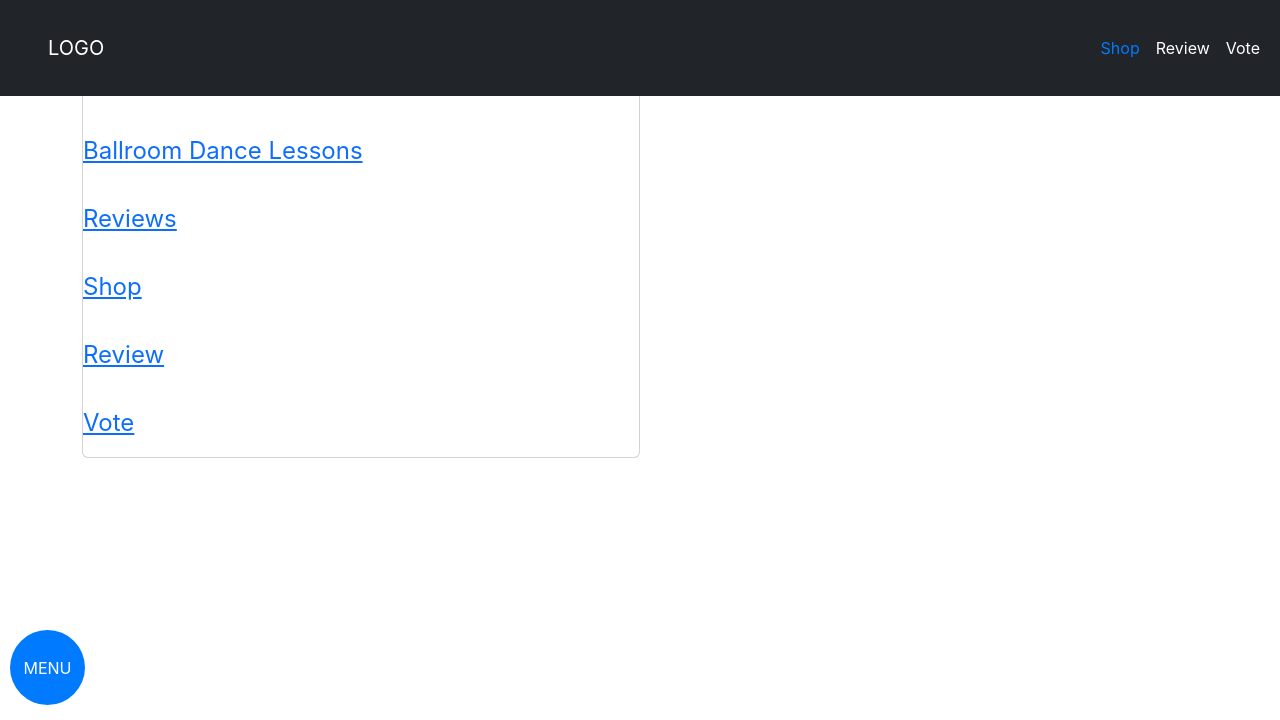
Repository: DragonFruit8/basic-website
Page: /shop
The author's editor kept a copy of each file at every save. The page is drawn from the files as they stood at one save, then again after a run of saves.
The browser window is 1280 px wide. The pictures show the whole page.
The project was rebuilt for these pictures with package versions that can differ from the ones it lists, and the page was loaded fresh each time. Also part of the build but not shown: src/sections/MissionSec.js, src/sections/AboutSec.js, src/sections/ServiceSec.js, src/Img/LunaLogo.js, src/sections/SupportSec.js, src/sections/HeroSec.js, src/pages/HomePage.js.

Above is the page before, as saved 2024-06-23 08:58:26.

### public/index.html
<!DOCTYPE html>
<html lang="en">
  <head>
    <meta charset="utf-8" />
    <link rel="icon" href="%PUBLIC_URL%/favicon.ico" />
    <meta name="viewport" content="width=device-width, initial-scale=1" />
    <meta name="theme-color" content="#000000" />
    <meta
      name="description"
      content="Web site created using create-react-app"
    />
    <link rel="apple-touch-icon" href="%PUBLIC_URL%/logo192.png" />
    <!--
      manifest.json provides metadata used when your web app is installed on a
      user's mobile device or desktop. See https://developers.google.com/web/fundamentals/web-app-manifest/
    -->
    <link rel="manifest" href="%PUBLIC_URL%/manifest.json" />
    <link href="https://cdn.jsdelivr.net/npm/bootstrap@5.3.3/dist/css/bootstrap.min.css" rel="stylesheet" integrity="sha384-QWTKZyjpPEjISv5WaRU9OFeRpok6YctnYmDr5pNlyT2bRjXh0JMhjY6hW+ALEwIH" crossorigin="anonymous">
    <!--
      Notice the use of %PUBLIC_URL% in the tags above.
      It will be replaced with the URL of the `public` folder during the build.
      Only files inside the `public` folder can be referenced from the HTML.

      Unlike "/favicon.ico" or "favicon.ico", "%PUBLIC_URL%/favicon.ico" will
      work correctly both with client-side routing and a non-root public URL.
      Learn how to configure a non-root public URL by running `npm run build`.
    -->
    <title>React App</title>
  </head>
  <body>
    <noscript>You need to enable JavaScript to run this app.</noscript>
    <div id="root"></div>
    <!--
      This HTML file is a template.
      If you open it directly in the browser, you will see an empty page.

      You can add webfonts, meta tags, or analytics to this file.
      The build step will place the bundled scripts into the <body> tag.

      To begin the development, run `npm start` or `yarn start`.
      To create a production bundle, use `npm run build` or `yarn build`.
    -->
    <script src="https://cdn.jsdelivr.net/npm/@popperjs/core@2.11.8/dist/umd/popper.min.js" integrity="sha384-I7E8VVD/ismYTF4hNIPjVp/Zjvgyol6VFvRkX/vR+Vc4jQkC+hVqc2pM8ODewa9r" crossorigin="anonymous"></script>
<script src="https://cdn.jsdelivr.net/npm/bootstrap@5.3.3/dist/js/bootstrap.min.js" integrity="sha384-0pUGZvbkm6XF6gxjEnlmuGrJXVbNuzT9qBBavbLwCsOGabYfZo0T0to5eqruptLy" crossorigin="anonymous"></script>
  </body>
</html>

### src/App.js
import React from 'react';
import { BrowserRouter as Router, Routes, Route } from 'react-router-dom';
import './App.css';
import Navbar from './components/Navbar';
import Sidebar from './components/Sidebar';
import HomePage from './pages/HomePage';
import ShopPage from './pages/ShopPage';

function App() {

  return (
    <>
      <Router>
        <Navbar />
        <Sidebar />
        <Routes>
          <Route path="/" element={<HomePage />} />
          <Route path="/shop" element={<ShopPage />} />
        </Routes>
   </Router>
    </>
  );
}

export default App;

### src/App.css
.App {
  text-align: center;
  z-index: -10;
}

.App-logo {
  height: 40vmin;
  pointer-events: none;
  z-index: 0;
}

@media (prefers-reduced-motion: no-preference) {
  .App-logo {
    animation: App-logo-spin infinite 20s linear;
  }
}

.App-header {
  background-color: #282c34;
  min-height: 100vh;
  display: flex;
  flex-direction: column;
  align-items: center;
  justify-content: center;
  font-size: calc(10px + 2vmin);
  color: white;
}

.App-link {
  color: #61dafb;
}
#sidebar {
  display: flex;
  flex-direction: column;
  background-color: transparent !important;
  height: 100%;
  width: 100px;
  position: fixed;
  top: 55px;
  left: 0;
  z-index: 1;
  overflow-x: hidden;
  padding-top: 20px;
  z-index: 10;
  /* rounded corners*/
  border-radius: 100px;

}

#offcanvasNavbar{
  position: fixed;
  margin-top: 55px;
}

#sidebarButton {
  position: absolute;
  bottom: 100px;
  left: 0px;
  width: 75px;
  height: 75px;
  border: none;
  color: white;
  padding: 10px 10px;
  text-align: center;
  text-decoration: none;
  display: inline-block;
  font-size: 16px;
  margin: auto auto -30px 10px;
  cursor: pointer;
  z-index: 100;
  border-radius: 100%;
  background-color: #007bff;
}

#closeButton, .btn-close {
  color: white !important;
  margin-left: 15px;
}
#aboutSec {
  height: 75vh;
}
.offcanvas-body {
 padding: 0 100px 0 100px;
}
#luna {
  position: relative;
  background-size: cover;
  background-repeat: no-repeat;
  background-position: center;
  height: auto;
  width: 250px;
  margin: 0 auto;
}

/* HomePage Hero */
.hero {
  height: 100vh;
  width: 100%;
  display: flex;
  align-items: center;
  color: white !important;
  text-align: center;
  font-size: 2rem;
  font-weight: 700;
  background: url('https://unsplash.com/photos/photo-of-outer-space-Q1p7bh3SHj8');
  background-size: cover;
  background-repeat: no-repeat;
  background-position: center;
  background-color: rgba(0, 0, 0, 0.8);

}
.hero-content
.dropdown-item {
  width: 100%;
  margin: 0 auto;
  color: white;
  background-color: #007bff;
}
.dropdown-item:hover {
  background-color: #0056b3;
  color: white;
}


a.nav-link, a.nav-item {
  color: white !important;
}
a.nav-link, a.nav-item {
 padding: 20px 0 20px 0;
}

a.nav-link:hover, a.nav-item:hover {
  color: #ffd000 !important;
}
a.active {
  color: #007bff !important;
}

@keyframes App-logo-spin {
  from {
    transform: rotate(0deg);
  }
  to {
    transform: rotate(360deg);
  }
}

### src/components/Navbar.js
import React from 'react';
import data from '../../src/data';
// import axio from '../Instance';
// import Button from 'react-bootstrap/Button';
// import Modal from 'react-bootstrap/Modal';


const Navbar = () => {

    // const [email, setEmail] = useState('');
    // const [comment, setComment] = useState('');
    // const [show, setShow] = useState(false);

    // const handleClose = () => setShow(false);
    // const handleShow = () => setShow(true);

    // const clearForm = () => {
    //     setEmail('');
    //     setComment('');
    // };



    // const handleSubmit = (event) => {
    //     event.preventDefault();

    //     axio.post('/comments', {
    //         email,
    //         comment
    //     })
    //         .then(() => {
    //             console.log('Review submitted');
    //         })
    //         .catch((error) => {
    //             console.log(error);
    //         });
    //     clearForm();
    // };

    const path = window.location.pathname;
    return (
        <>
            {/* navbar navbar-expand-lg bg-body-tertiary navbar-dark bg-dark */}
            <nav className="navbar navbar-dark navbar-expand-lg bg-dark fixed-top">
                <div className="container-fluid ps-5">
                    <a className="navbar-brand" href="/">LOGO</a>
                    <button className="navbar-toggler" type="button" data-bs-toggle="collapse" data-bs-target="#navbarNav" aria-controls="navbarNav" aria-expanded="false" aria-label="Toggle navigation">
                        <span className="navbar-toggler-icon"></span>
                    </button>
                    <div className="collapse navbar-collapse" id="navbarNav">
                        <ul className="navbar-nav my-2 ms-auto me-0">
                            <li className="nav-item">
                                <a className={`nav-link ${path === `/${data.link1.b}` ? 'active' : ''}`} aria-current="page" href={`/${data.link1.b}`}>{data.link1.a}</a>
                            </li>
                            <li className="nav-item">
                                <a className={`nav-link ${path === `/${data.link2.b}` ? 'active' : ''}`} aria-current="page" href={`/${data.link2.b}`}>{data.link2.a}</a>
                            </li>
                            <li className="nav-item">
                                <a className={`nav-link ${path === `/${data.link3.b}` ? 'active' : ''}`} aria-current="page" href={`/${data.link3.b}`}>{data.link3.a}</a>
                            </li>
                        </ul>
                        {/* <span id='reviewModal' className="d-flex">
                                <Button variant="primary" onClick={handleShow}>Write a Review</Button>
                            </span> */}
                    </div>
                </div>
            </nav>
            {/* <Modal show={show} onHide={handleClose}>
                <Modal.Header closeButton>
                    <Modal.Title>Modal heading</Modal.Title>
                </Modal.Header>
                <Modal.Body>
                    <div
                        className="modal show"
                        style={{ display: 'block', position: 'initial' }}
                    >
                        <form // onSubmit={handleSubmit}
                        >
                            <div className="form-group">
                                <label htmlFor="email"
                                    className='form-label fs-5'
                                >Email</label>
                                <input
                                    type="email"
                                    id="email"
                                    value={email}
                                    onChange={(event) => setEmail(event.target.value)}
                                    required
                                    className='form-control'
                                />
                            </div>
                            <div className="form-group">
                                <label htmlFor="comment"
                                    className='form-label fs-5'
                                >Comment</label>
                                <textarea
                                    id="comment"
                                    value={comment}
                                    onChange={(event) => setComment(event.target.value)}
                                    required
                                    className='form-control'
                                />
                            </div>
                            <Button type="submit">Submit</Button>
                        </form>
                    </div>
                </Modal.Body>
                <Modal.Footer>
                    <Button variant="secondary" onClick={handleClose}>
                        Close
                    </Button>
                </Modal.Footer>
            </Modal> */}
        </>
    );
}

export default Navbar;

### src/components/Sidebar.js
import React from 'react'

export const canvasButton = () => {
    return (
        <button id='sidebarButton' className="btn btn-primary" type="button" data-bs-toggle="offcanvas" data-bs-target="#offcanvasNavbar" aria-controls="offcanvasNavbar">
        MENU
        </button>
    )
    }
export default function Sidebar() {

    return (
        <div>
            <sidebar id="sidebar" className="navbar bg-body-tertiary fixed-top">
                <div className="container-fluid">
                    <div className="offcanvas offcanvas-start bg-dark" tabindex="-1" id="offcanvasNavbar" aria-labelledby="offcanvasNavbarLabel">

                        <div className="offcanvas-body">
                            <ul className="navbar-nav justify-content-end flex-grow-1 pe-3">
                                <li className="nav-item">
                                    <a className="nav-link active" aria-current="page" href="/">Home</a>
                                </li>
                                <li className="nav-item">
                                    <a className="nav-link" href="/">Link</a>
                                </li>
                                <li className="nav-item dropdown">
                                    <a className="nav-link dropdown-toggle" href="/" role="button" data-bs-toggle="dropdown" aria-expanded="false">
                                        Dropdown
                                    </a>
                                    <ul className="dropdown-menu">
                                        <li><a className="dropdown-item" href="/">Action</a></li>
                                        <li><a className="dropdown-item" href="/">Another action</a></li>
                                        <li>
                                            <hr className="dropdown-divider" />
                                        </li>
                                        <li><a className="dropdown-item" href="/">Something else here</a></li>
                                    </ul>
                                </li>
                            </ul>
                            {/* <form className="d-flex mt-3" role="search">
                                <input className="form-control me-2" type="search" placeholder="Search" aria-label="Search" />
                                <button className="btn btn-outline-success" type="submit">Search</button>
                            </form> */}
                        </div>
                    <div className="offcanvas-footer d-flex justify-content-start mb-5 ms-3">
                        {/* <h5 className="offcanvas-title" id="offcanvasNavbarLabel"></h5> */}
                        <button id='close' type="button" className="btn-close" data-bs-dismiss="offcanvas" aria-label="Close"></button>
                    </div>
                    </div>
                </div>
                {
                    canvasButton()
                }
            </sidebar>


        </div>
    )
}

### src/pages/ShopPage.js
import React from 'react';
import data from '../../src/data';

const ShopPage = () => {
    return (
        <div className='mt-5 relative'>
            <div className="container">
                <div className="row justify-content-center"></div>
                    <div className="col-lg-6">
                        <ul className='card list-unstyled'>
                            {
                                Object.keys(data).map((key, index) => {
                                    return (
                                        <li key={index} className='list-unstyled mt-3 mb-3' style={{ fontSize: '1.5rem' }}>
                                            <a href={`/${data[key].b}`}>{data[key].a}</a>
                                        </li>
                                    );
                                })
                            }
                        </ul>
                    </div>
                </div>
        </div>
    );
};

export default ShopPage;

### src/data.js
const data = {
    thcProductsLink: { a: 'THC Products', b: 'thc-products' },
    ballroomDanceLessonsLink: { a: 'Ballroom Dance Lessons', b: 'ballroom-dance-lessons' },
    reviewsLink: { a: 'Reviews', b: 'reviews' },
    link1: { a: 'Shop', b: 'shop' },
    link2: { a: 'Review', b: 'review' },
    link3: { a: 'Vote', b: 'vote' }
};

export default data;

Loaded but not shown: src/index.js (common file); src/index.css (common file); src/reportWebVitals.js (common file)

After the next 4 saves:
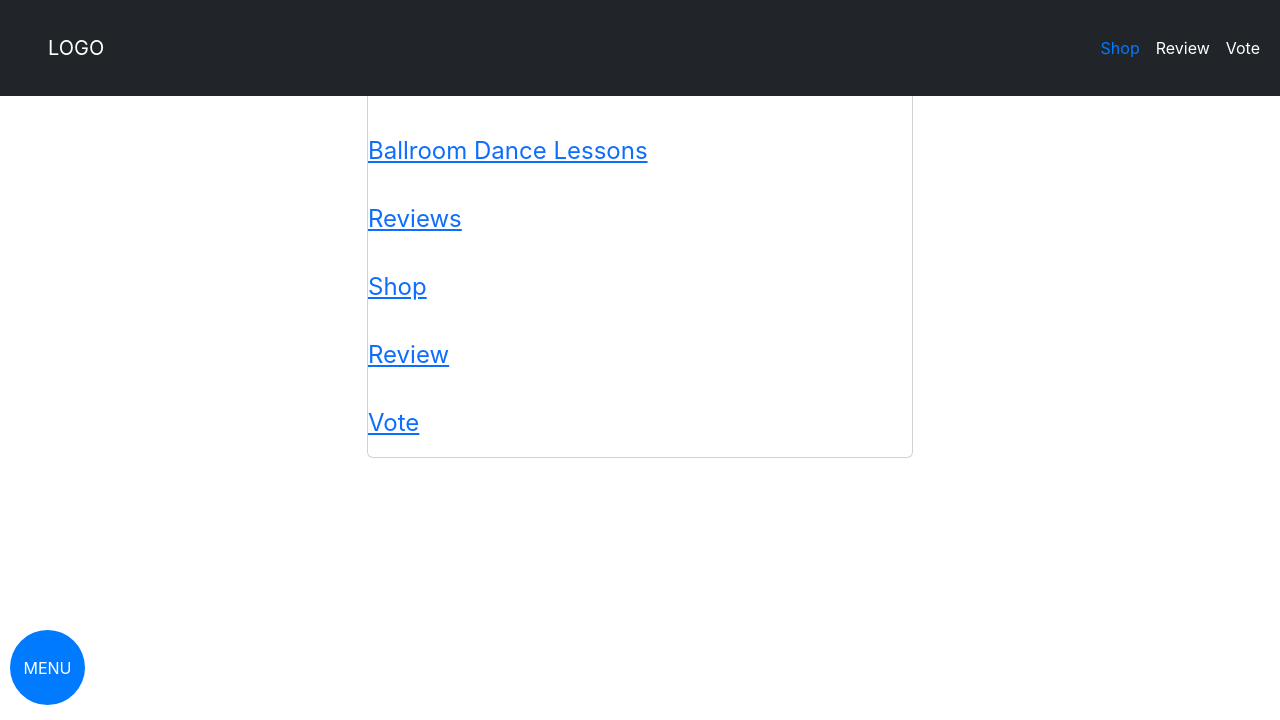
The 4 saves are shown as one change because 1 did not build or start and some came seconds apart.
The last was saved 26 s later.
--- a/src/pages/ShopPage.js
+++ b/src/pages/ShopPage.js
@@ -5,7 +5,7 @@
     return (
         <div className='mt-5 relative'>
             <div className="container">
-                <div className="row justify-content-center"></div>
+                <div className="row justify-content-center">
                     <div className="col-lg-6">
                         <ul className='card list-unstyled'>
                             {
@@ -19,6 +19,7 @@
                             }
                         </ul>
                     </div>
+                    </div>
                 </div>
         </div>
     );
